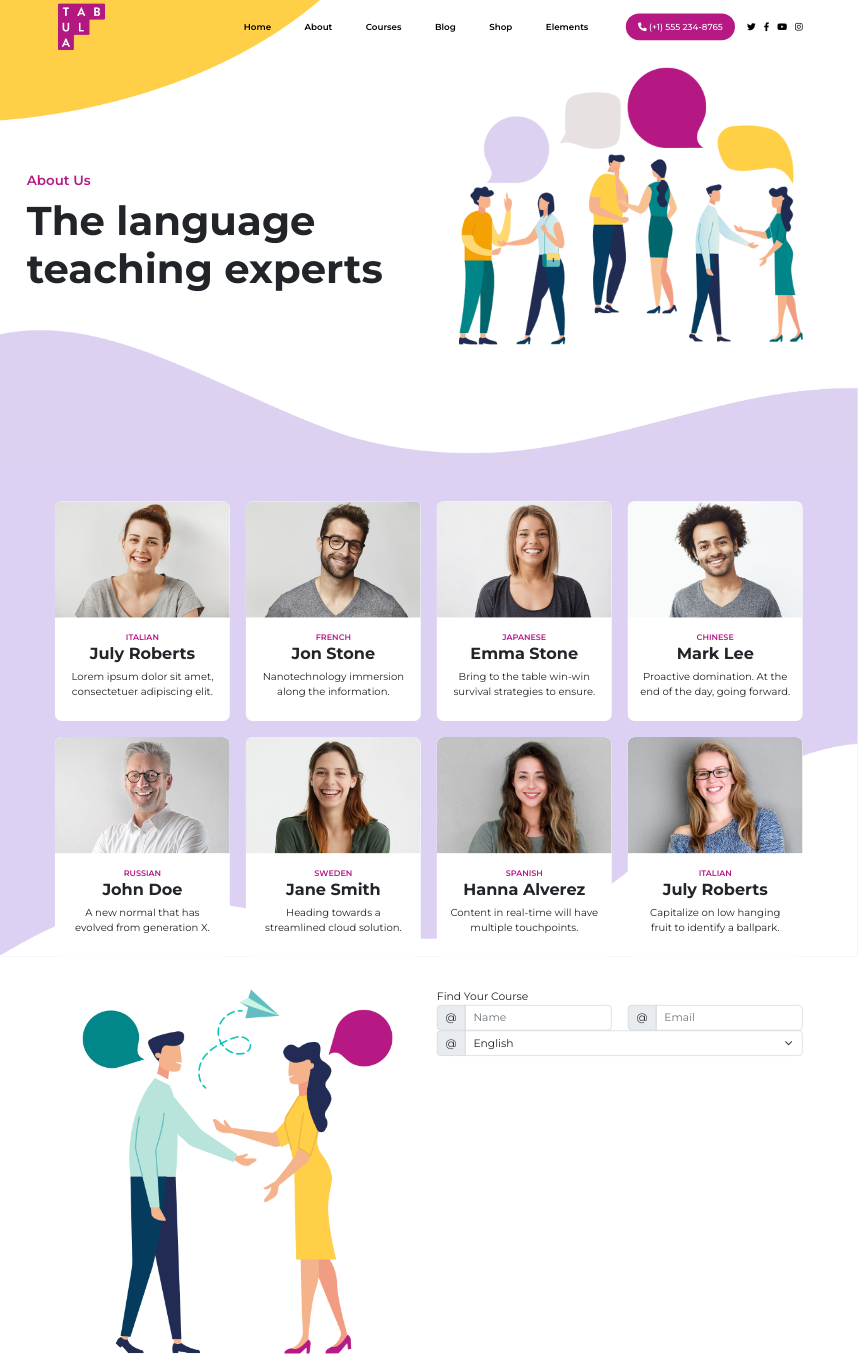
Repository: minhtrivu6199/tabula
Page: index.html
An editor plug-in stored every save of this project. The page is shown before and after the next save, followed by the edit.
The browser window is 1280 px wide. The pictures show the whole page, at 67% of full size.
Some web libraries are served in a nearby version. The style sheet was rebuilt from its Sass, Less or Tailwind sources for each picture, by a compiler version that may differ from the author's.

Above is the page before, as saved 2022-09-28 10:15:50.

After the next save:
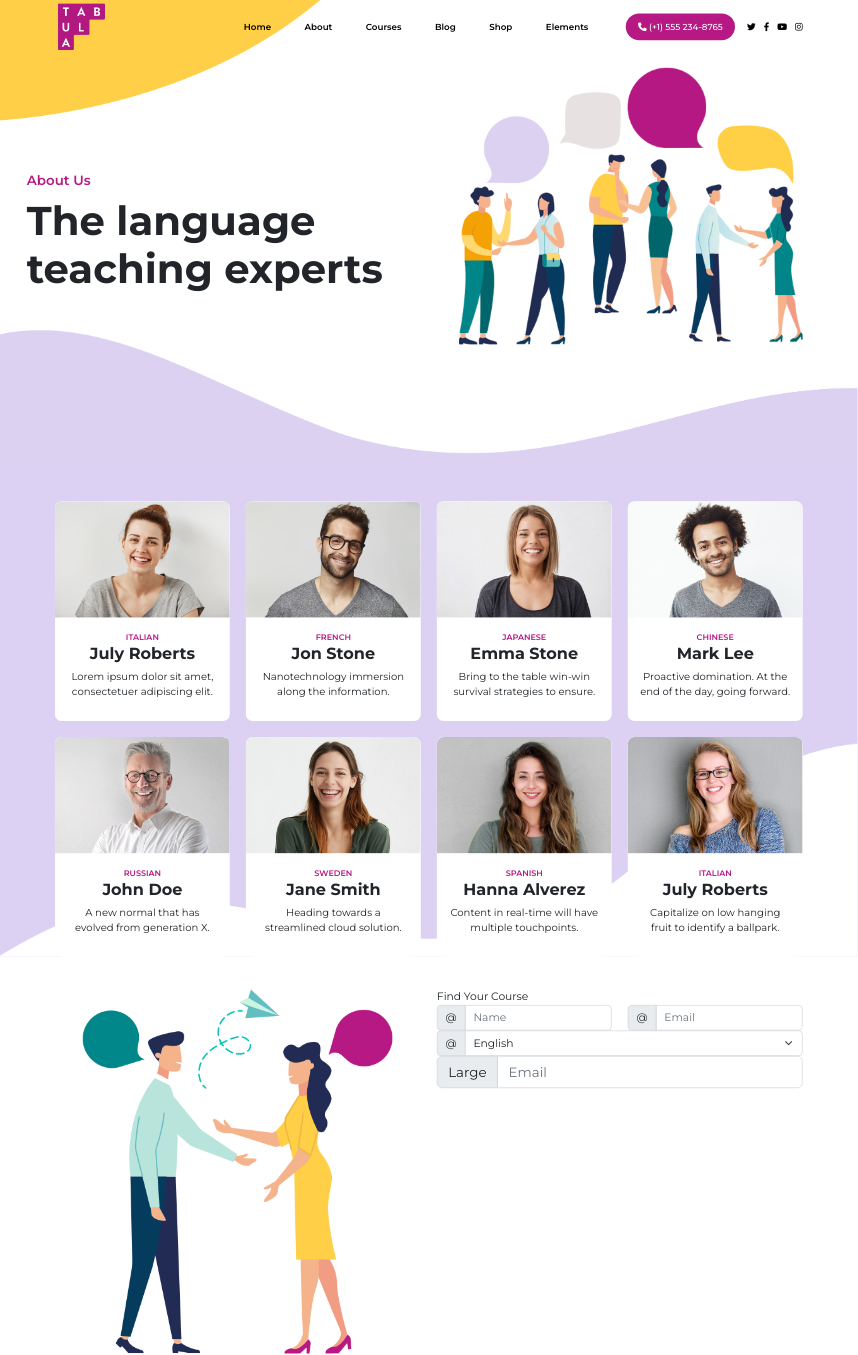
Saved 2 min 1 s later.
--- a/index.html
+++ b/index.html
@@ -333,6 +333,10 @@
                         <option value="3">German</option>
                       </select>
                     </div>
+                    <div class="input-group input-group-lg">
+                        <span class="input-group-text" id="inputGroup-sizing-lg">Large</span>
+                        <input type="text" class="form-control" aria-label="Sizing example input" aria-describedby="inputGroup-sizing-lg " placeholder="Email">
+                      </div>
                   </form>
                 </div>
               </div>
